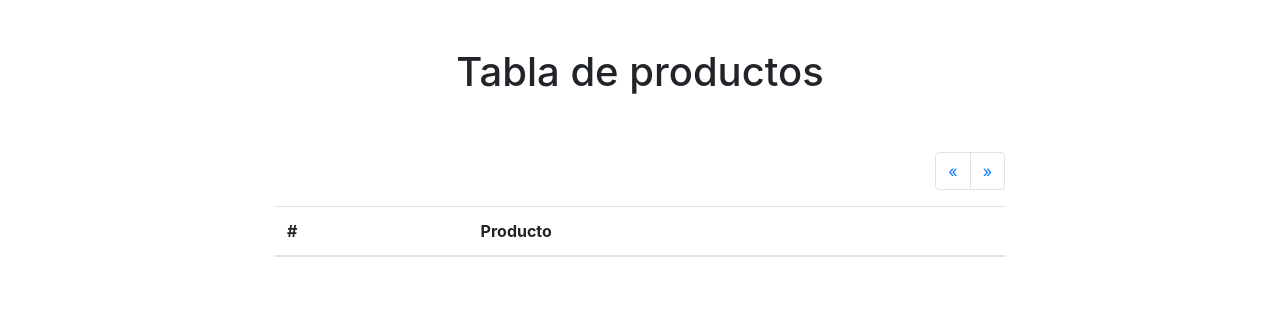
Repository: pedro-donoso/tabla-paginada
Page: index.html
The author's editor kept a copy of each file at every save. The page is drawn from the files as they stood at one save, then again after a run of saves.
The browser window is 1280 px wide. The pictures show the whole page.

Above is the page before, as saved 2024-02-06 16:46:50.

After the next 2 saves:
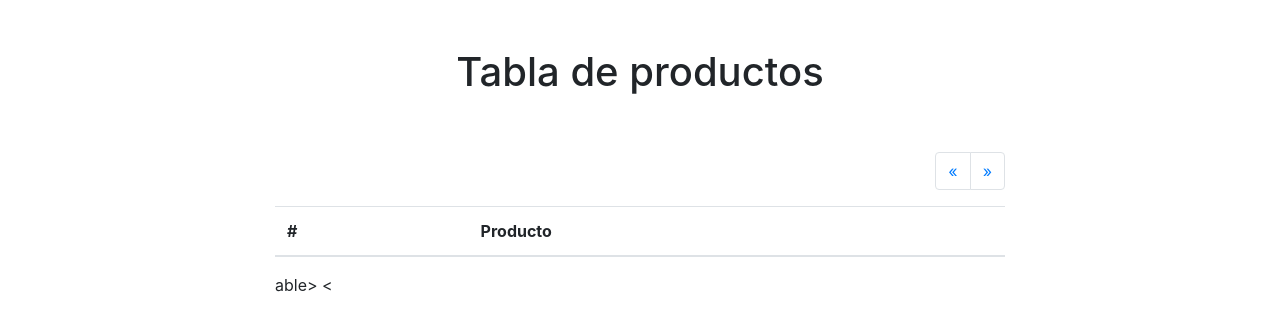
The 2 saves are shown as one change because they came seconds apart.
The last was saved 5 s later.
--- a/index.html
+++ b/index.html
@@ -48,10 +48,10 @@
                         </tr>
                     </thead>
 
-                </table>
-                <tbody id="cuerpo-tabla">
+                </table id="cuerpo-tabla">
 
-                </tbody>
+                </tbody>able>
+                <
 
             </div>
         </div>
